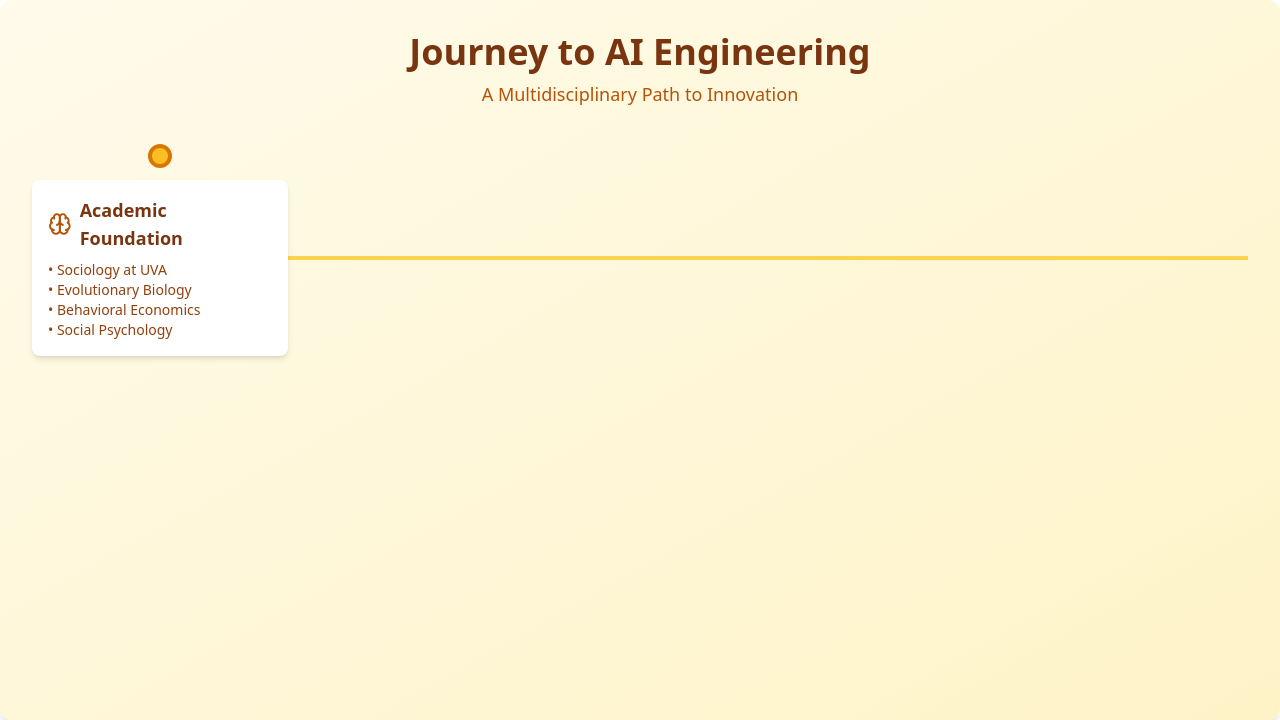
Repository: Galbaz1/dell_presentation
Page: /
These files come from the project's save history. The page is drawn as it stood at one moment and after a run of saves; the edit follows.
The browser window is 1280 px wide. The pictures show the whole page.
The project was rebuilt for these pictures with package versions that can differ from the ones it lists, and the page was loaded fresh each time. The framework's server and built-in components were replaced by stand-ins that run in the browser.

Above is the page before, as saved 2024-11-11 11:51:57.

### pages/_app.tsx
import '../styles/globals.css'
import type { AppProps } from 'next/app'

function MyApp({ Component, pageProps }: AppProps) {
  return <Component {...pageProps} />
}

export default MyApp

### pages/index.tsx
import React from 'react';
import { Brain, Building2, Code, Users, ArrowRight, RefreshCcw } from 'lucide-react';
import '../styles/speaker_intro.css';

const SpeakerSlide: React.FC = () => {
  return (
    <div className="bg-gradient-to-br from-amber-50 to-amber-100 p-8 rounded-xl shadow-lg min-h-screen">
      {/* Header */}
      <div className="mb-12 text-center">
        <h1 className="text-4xl font-bold text-amber-900 mb-2">Journey to AI Engineering</h1>
        <p className="text-lg text-amber-700">A Multidisciplinary Path to Innovation</p>
      </div>

      {/* Timeline Journey */}
      <div className="relative mb-16">
        {/* Connecting Lines */}
        <div className="absolute top-1/2 left-0 w-full h-1 bg-amber-300" />

        {/* Journey Stations */}
        <div className="relative flex justify-between items-center">
          {/* Academic Foundation */}
          <div className="w-64 relative">
            <div className="absolute -top-3 left-1/2 transform -translate-x-1/2">
              <div className="w-6 h-6 rounded-full bg-amber-400 border-4 border-amber-600" />
            </div>
            <div className="bg-white p-4 rounded-lg shadow-md mt-6">
              <h2 className="text-lg font-semibold text-amber-900 mb-2 flex items-center">
                <Brain className="mr-2 text-amber-700" /> Academic Foundation
              </h2>
              <ul className="text-sm text-amber-800">
                <li>• Sociology at UVA</li>
                <li>• Evolutionary Biology</li>
                <li>• Behavioral Economics</li>
                <li>• Social Psychology</li>
              </ul>
            </div>
          </div>

          {/* Rest of the component code... */}
        </div>
      </div>
    </div>
  );
};

export default SpeakerSlide;

### styles/speaker_intro.css
@keyframes spin-slow {
  from {
    transform: rotate(0deg);
  }
  to {
    transform: rotate(360deg);
  }
}

.animate-spin-slow {
  animation: spin-slow 20s linear infinite;
}

Loaded but not shown: styles/globals.css (common file); tailwind.config.js (common file)

After the next 2 saves:
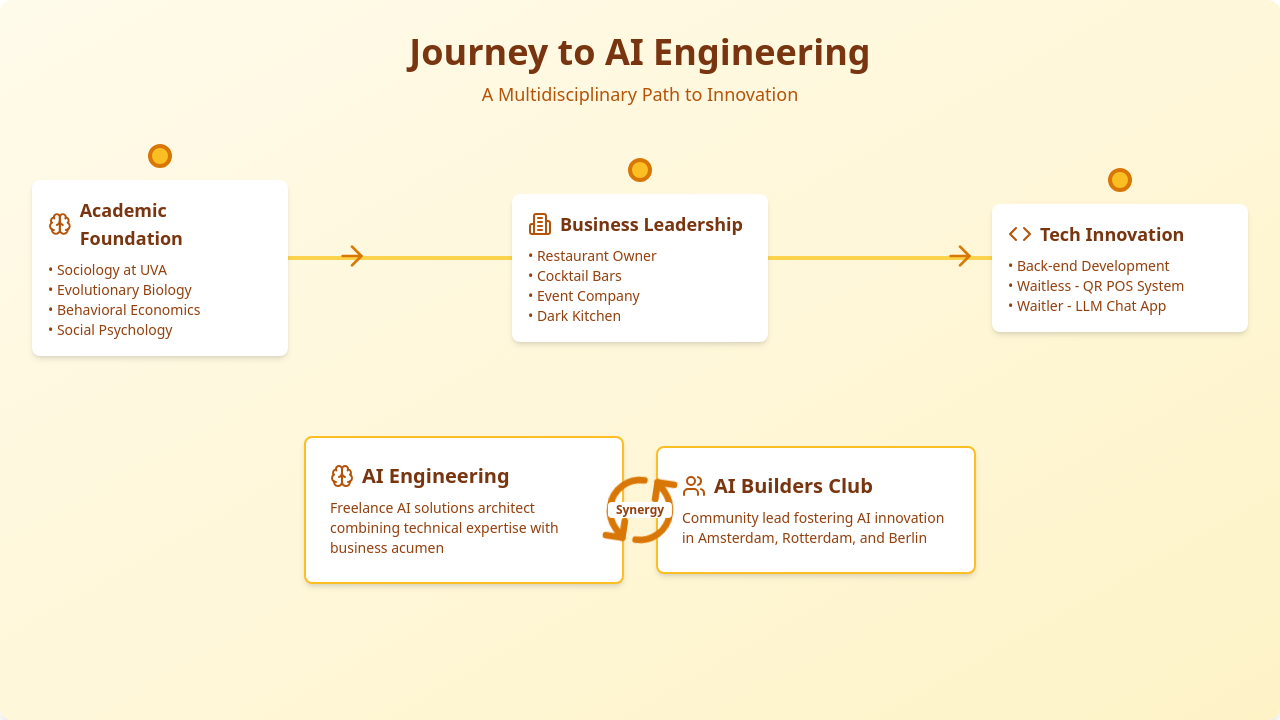
The 2 saves are shown as one change because 1 did not build or start.
The last was saved 35 s later.
--- a/pages/index.tsx
+++ b/pages/index.tsx
@@ -36,7 +36,83 @@ const SpeakerSlide: React.FC = () => {
             </div>
           </div>
 
-          {/* Rest of the component code... */}
+          {/* Business Experience */}
+          <div className="w-64 relative">
+            <div className="absolute -top-3 left-1/2 transform -translate-x-1/2">
+              <div className="w-6 h-6 rounded-full bg-amber-400 border-4 border-amber-600" />
+            </div>
+            <div className="bg-white p-4 rounded-lg shadow-md mt-6">
+              <h2 className="text-lg font-semibold text-amber-900 mb-2 flex items-center">
+                <Building2 className="mr-2 text-amber-700" /> Business Leadership
+              </h2>
+              <ul className="text-sm text-amber-800">
+                <li>• Restaurant Owner</li>
+                <li>• Cocktail Bars</li>
+                <li>• Event Company</li>
+                <li>• Dark Kitchen</li>
+              </ul>
+            </div>
+          </div>
+
+          {/* Tech Innovation */}
+          <div className="w-64 relative">
+            <div className="absolute -top-3 left-1/2 transform -translate-x-1/2">
+              <div className="w-6 h-6 rounded-full bg-amber-400 border-4 border-amber-600" />
+            </div>
+            <div className="bg-white p-4 rounded-lg shadow-md mt-6">
+              <h2 className="text-lg font-semibold text-amber-900 mb-2 flex items-center">
+                <Code className="mr-2 text-amber-700" /> Tech Innovation
+              </h2>
+              <ul className="text-sm text-amber-800">
+                <li>• Back-end Development</li>
+                <li>• Waitless - QR POS System</li>
+                <li>• Waitler - LLM Chat App</li>
+              </ul>
+            </div>
+          </div>
+        </div>
+
+        {/* Arrows indicating flow */}
+        <div className="absolute top-1/2 left-1/4 transform -translate-y-1/2">
+          <ArrowRight className="text-amber-600 w-8 h-8" />
+        </div>
+        <div className="absolute top-1/2 left-3/4 transform -translate-y-1/2">
+          <ArrowRight className="text-amber-600 w-8 h-8" />
+        </div>
+      </div>
+
+      {/* Current Roles Synergy Circle */}
+      <div className="relative max-w-2xl mx-auto mt-20">
+        <div className="flex justify-between items-center">
+          {/* AI Engineering Role */}
+          <div className="w-80 bg-white p-6 rounded-lg shadow-md border-2 border-amber-400">
+            <h2 className="text-xl font-semibold text-amber-900 mb-2 flex items-center">
+              <Brain className="mr-2 text-amber-700" /> AI Engineering
+            </h2>
+            <p className="text-sm text-amber-800">
+              Freelance AI solutions architect combining technical expertise with business acumen
+            </p>
+          </div>
+
+          {/* AI Builders Role */}
+          <div className="w-80 bg-white p-6 rounded-lg shadow-md border-2 border-amber-400">
+            <h2 className="text-xl font-semibold text-amber-900 mb-2 flex items-center">
+              <Users className="mr-2 text-amber-700" /> AI Builders Club
+            </h2>
+            <p className="text-sm text-amber-800">
+              Community lead fostering AI innovation in Amsterdam, Rotterdam, and Berlin
+            </p>
+          </div>
+        </div>
+
+        {/* Synergy Arrows */}
+        <div className="absolute top-1/2 left-1/2 transform -translate-x-1/2 -translate-y-1/2 w-20 h-20">
+          <div className="relative w-full h-full">
+            <RefreshCcw className="w-full h-full text-amber-600 animate-spin-slow" />
+            <div className="absolute top-1/2 left-1/2 transform -translate-x-1/2 -translate-y-1/2 text-xs text-amber-800 font-semibold bg-white px-2 rounded">
+              Synergy
+            </div>
+          </div>
         </div>
       </div>
     </div>
